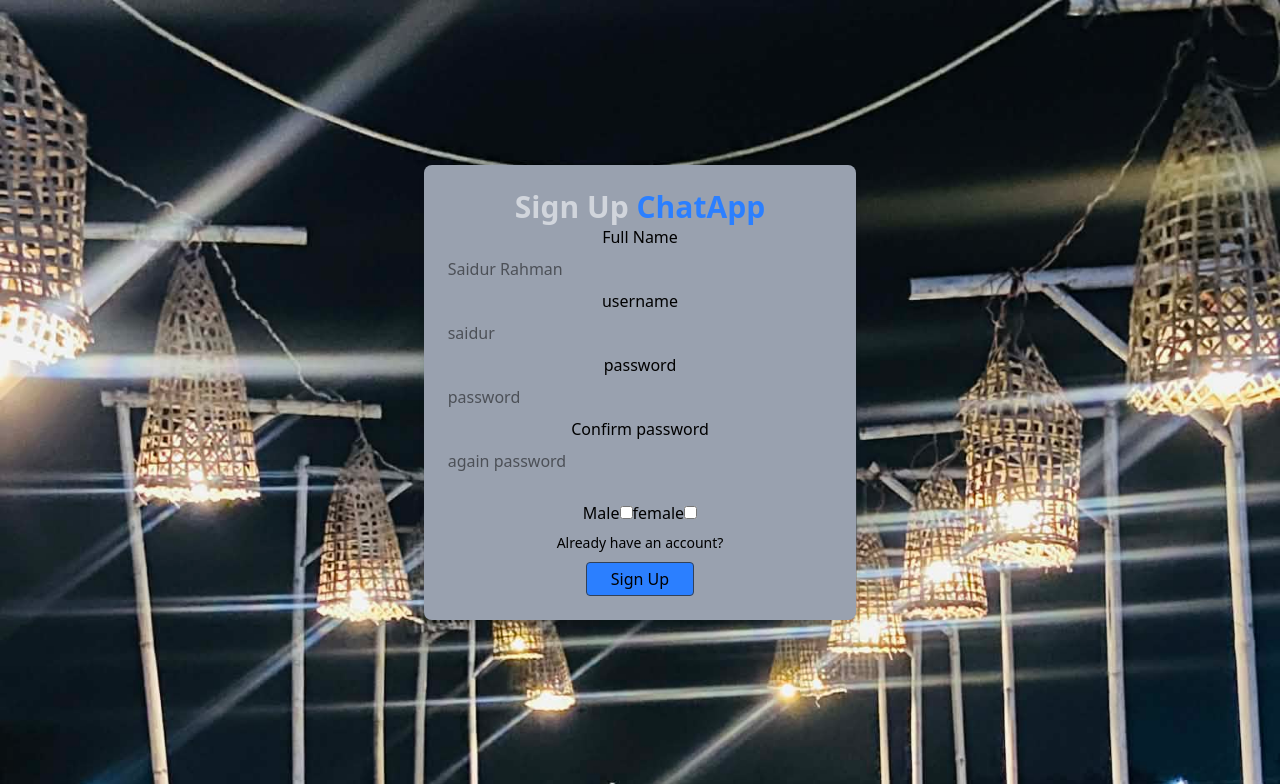
Repository: ridhukhan/chatapp
Page: / (app in frontend/)
The author's editor kept a copy of each file at every save. The page is drawn from the files as they stood at one save, then again after the next save.
The browser window is 1280 px wide. The pictures show the whole page.
Backgrounds fixed to the window are drawn as part of the page. The project was rebuilt for these pictures with package versions that can differ from the ones it lists, and the page was loaded fresh each time. Also part of the build but not shown: frontend/vite.config.js, frontend/src/Pages/login/Login.jsx.

Above is the page before, as saved 2025-12-25 13:55:38.

### frontend/src/index.css
@import "tailwindcss";


body{

background-image: url("/bg1.jpeg");
background-repeat: no-repeat;
background-size: cover;
background-position: center;
background-attachment: fixed;
}

### frontend/src/App.jsx

import './App.css'
import Login from './Pages/login/Login'
import SignUp from './Pages/signup/SignUp'

function App() {

  return (
    <div className='p-4 h-screen flex items-center justify-center'>
     <SignUp/>
    </div>
  )
}

export default App

### frontend/src/Pages/signup/SignUp.jsx
import React from 'react'
import GendarCheckbox from './GendarCheckbox'

const SignUp = () => {
  return (
    <div  className='flex flex-col items-center justify-center min-w-96 mx-auto'>

<div  className='w-full p-6 rounded-lg shadow-md bg-gray-400 bg-clip-padding backdrop-filter backdrop-blur-lg bg-opacity-0'>

	<h1 className='text-3xl font-semibold text-center text-gray-300'>
	Sign Up <span className='text-blue-500'> ChatApp</span></h1>

<form action="">
<div>

    <label  className='label p-2'>
        <span className='text-base label-text'>Full Name</span>
    </label>
    <input type='text' placeholder='Saidur Rahman' className='w-full input input-bordered  h-10' />
</div>

<div>

    <label  className='label p-2'>
        <span className='text-base label-text'>username</span>
    </label>
    <input type='text' placeholder='saidur' className='w-full input input-bordered  h-10' />
</div>

<div>

    <label  className='label p-2'>
        <span className='text-base label-text'>password</span>
    </label>
    <input type='password' placeholder='password' className='w-full input input-bordered  h-10' />
</div>
<div>

    <label  className='label p-2'>
        <span className='text-base label-text'>Confirm password</span>
    </label>
    <input type='text' placeholder='again password' className='w-full input input-bordered  h-10' />
</div>
<GendarCheckbox/>

<a className='text-sm hover:underline hover:text-blue-600 mt-2 inline-block' href='#'>
Already have an account?</a>

<div>
<button className=' px-6 py-1  rounded btn btn-block btn-sm mt-2 border border-slate-700 bg-blue-500' >Sign Up</button>
</div>










</form>

</div>




    </div>
  )
}

export default SignUp

### frontend/src/Pages/signup/GendarCheckbox.jsx
import React from 'react'

const GendarCheckbox = () => {
  return (
    <div className='flex justify-center mt-5'>
<div>
  <label>
    <span>Male</span>
  </label>
  <input type="checkbox" />
</div>
<div>

 <label>
    <span>female</span>
  </label>
  <input type="checkbox" />


</div>






    </div>
  )
}

export default GendarCheckbox

Loaded but not shown: frontend/index.html (common file); frontend/src/main.jsx (common file); frontend/src/App.css (common file)

After the next save:
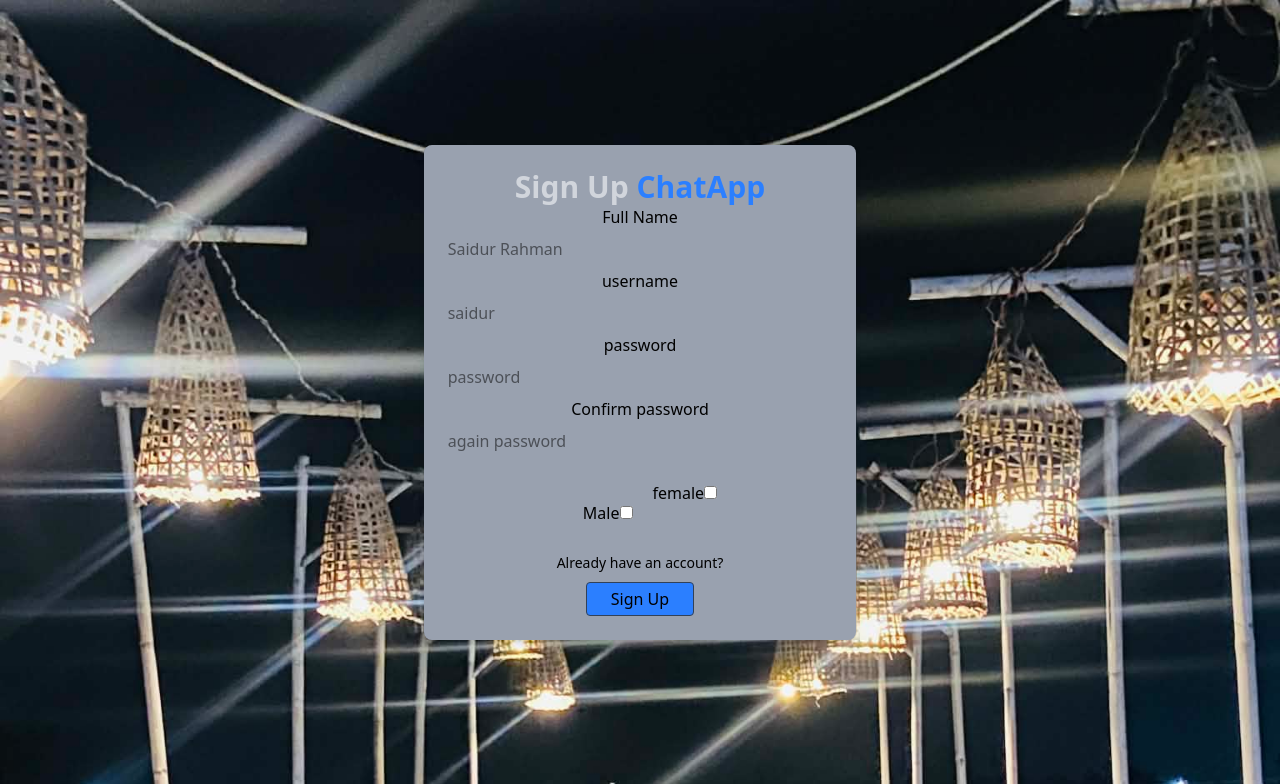
Saved 56 s later.
--- a/frontend/src/Pages/signup/GendarCheckbox.jsx
+++ b/frontend/src/Pages/signup/GendarCheckbox.jsx
@@ -3,7 +3,7 @@
 const GendarCheckbox = () => {
   return (
     <div className='flex justify-center mt-5'>
-<div>
+<div className='m-5'>
   <label>
     <span>Male</span>
   </label>

After the save that followed:
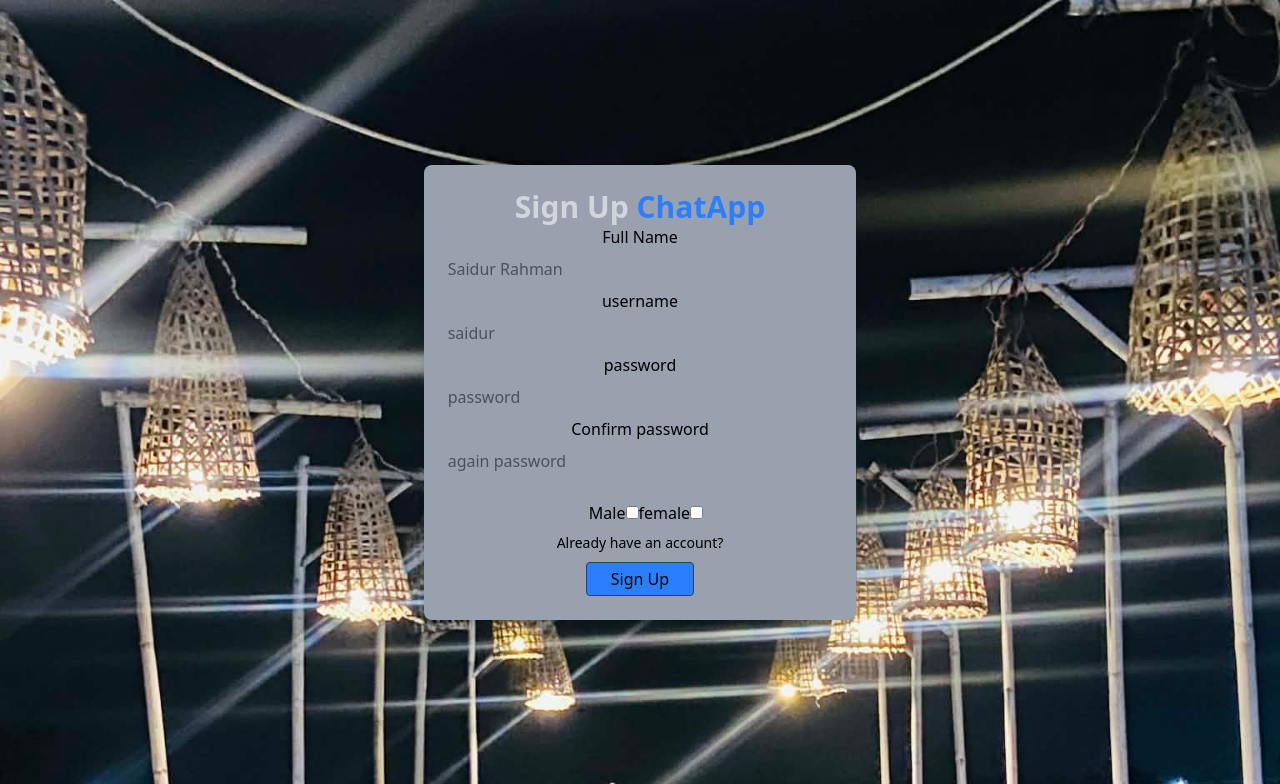
Saved 18 s later.
--- a/frontend/src/Pages/signup/GendarCheckbox.jsx
+++ b/frontend/src/Pages/signup/GendarCheckbox.jsx
@@ -3,7 +3,7 @@
 const GendarCheckbox = () => {
   return (
     <div className='flex justify-center mt-5'>
-<div className='m-5'>
+<div className='ml-3'>
   <label>
     <span>Male</span>
   </label>
